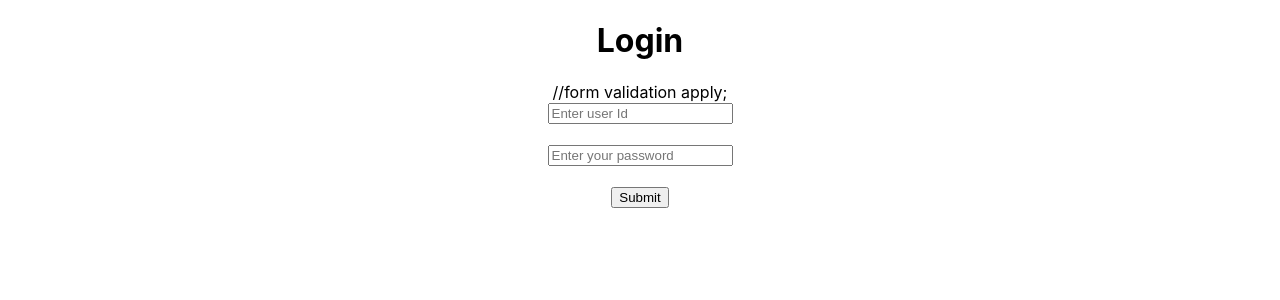
Repository: ShahbazGurmani/react-practice
Page: /
These files come from the project's save history. The page is drawn as it stood at one moment and after the next save; the edit follows.
The browser window is 1280 px wide. The pictures show the whole page.
The project was rebuilt for these pictures with package versions that can differ from the ones it lists, and the page was loaded fresh each time. Also part of the build but not shown: src/User.js, src/Student.js, src/Profile.js, src/Records.js.

Above is the page before, as saved 2023-08-23 03:20:12.

After the next save:
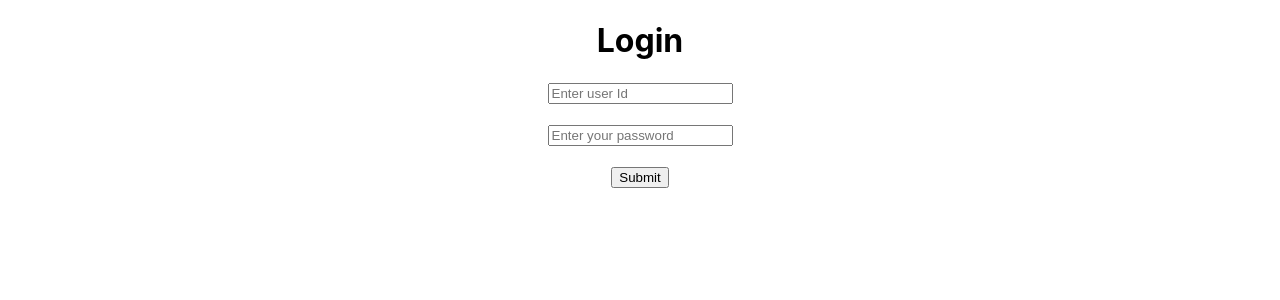
Saved 19 s later.
--- a/src/Login.js
+++ b/src/Login.js
@@ -6,7 +6,7 @@ function Login()
     return(
         <div>
             <h1>Login</h1>
-            //form validation apply;
+            {/* //form validation apply; */}
             <form>
                 <input type="text" placeholder="Enter user Id" /><br/><br/>
                 <input type="text" placeholder="Enter your password" /><br/><br/>
